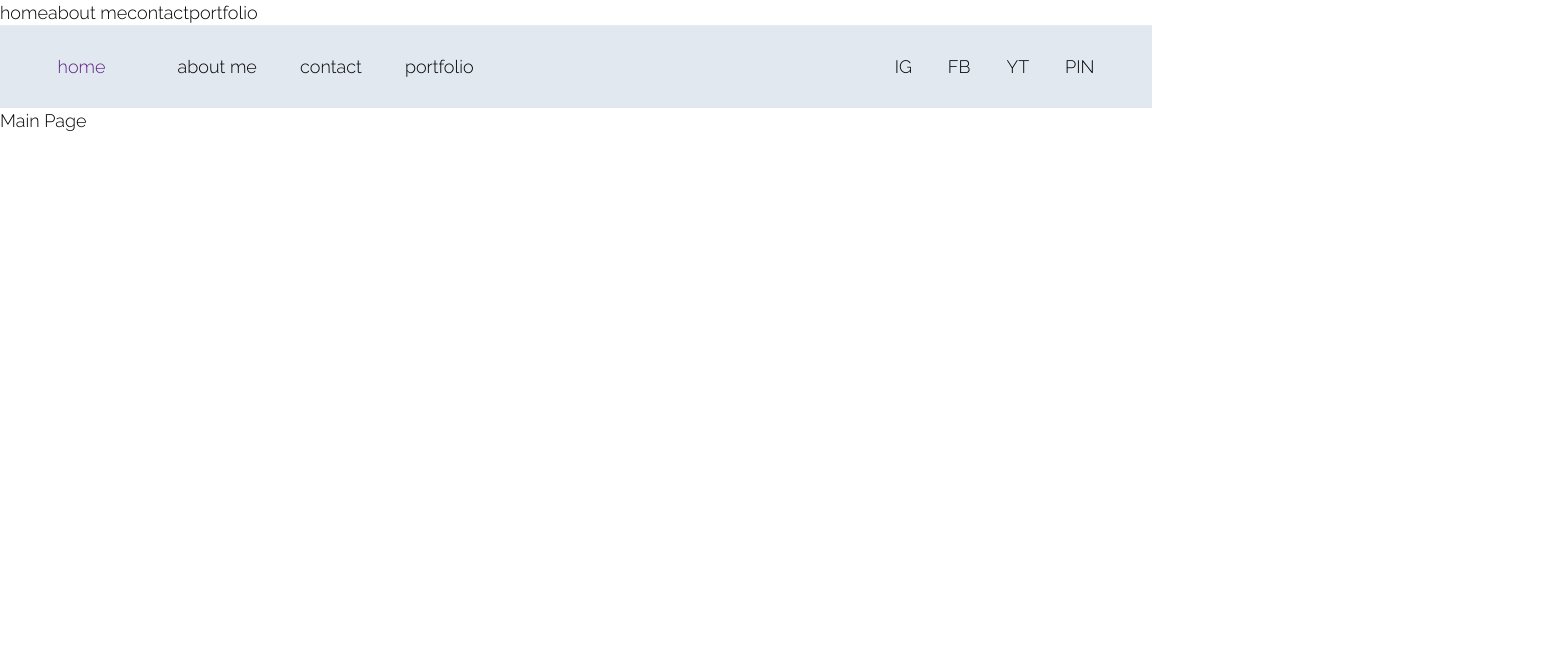
Repository: hubertrh/klaudia-personal-next
Page: /
These files come from the project's save history. The page is drawn as it stood at one moment and after a run of saves; the edit follows.
The browser window is 1280 px wide. The page is 1280 px wide, then 1730 px, so the pictures cover 1730 px, including what lies to the right of the window. The pictures show the whole page, at 90% of full size.
The project was rebuilt for these pictures with package versions that can differ from the ones it lists, and the page was loaded fresh each time. The framework's server and built-in components were replaced by stand-ins that run in the browser. Also part of the build but not shown: next.config.js.

Above is the page before, as saved 2023-08-11 14:05:53.

After the next 3 saves:
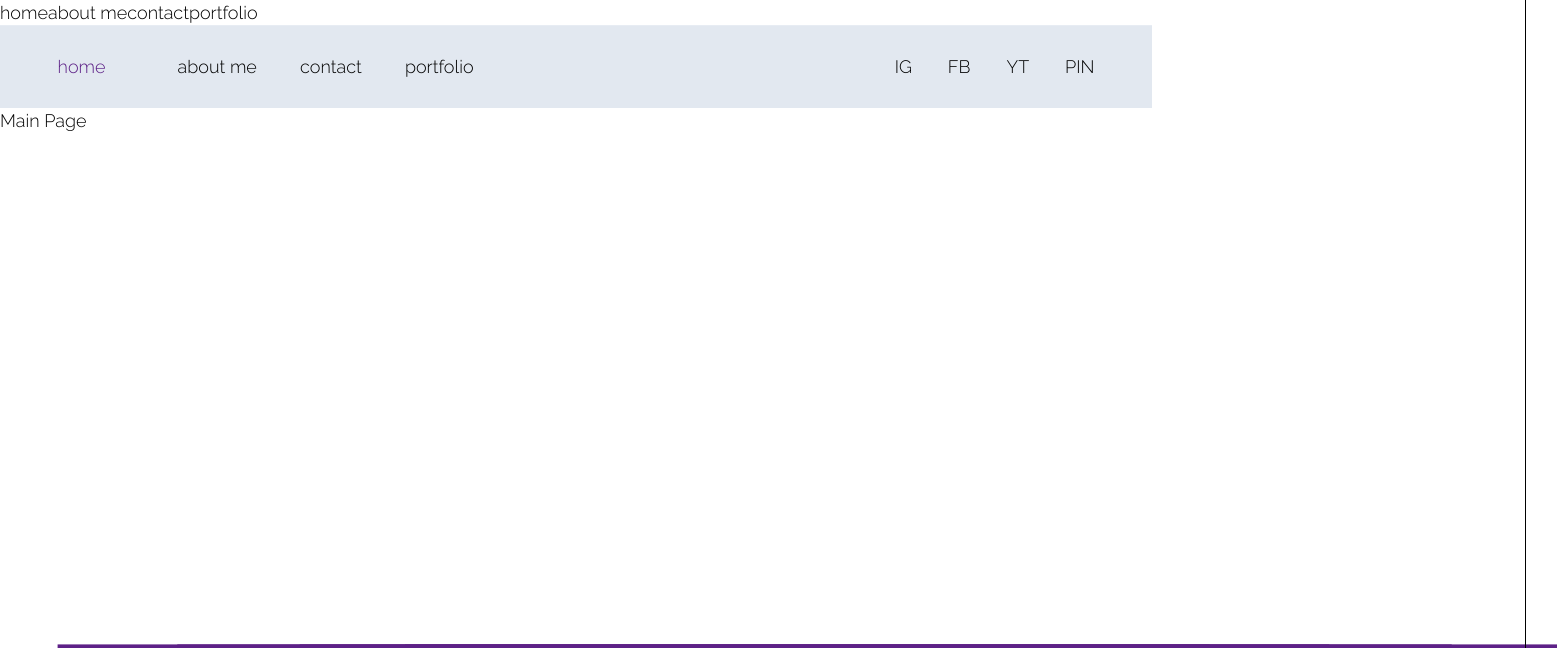
The 3 saves are shown as one change because 2 did not build or start.
The last was saved 42 min 19 s later.
--- a/app/globals.css
+++ b/app/globals.css
@@ -13,7 +13,7 @@ body {
 }
 
 .nav-link {
-  @apply pr-12 transition-all duration-300 hover:text-primary;
+  @apply pr-12 transition-all duration-300 before:absolute before:bottom-0 before:h-1 before:w-full before:bg-primary before:content-[''] hover:text-primary;
 }
 
 .social-icon {
